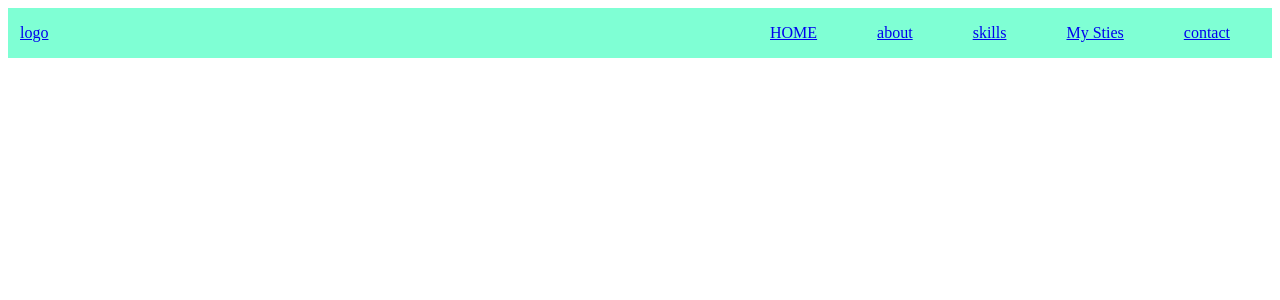
Repository: jun01270/jun
Page: index.html
The author's editor kept a copy of each file at every save. The page is drawn from the files as they stood at one save, then again after the next save.
The browser window is 1280 px wide. The pictures show the whole page.
The pointer rests on the first visible `.menu-bar li`.

Above is the page before, as saved 2023-05-08 16:15:04.

After the next save:
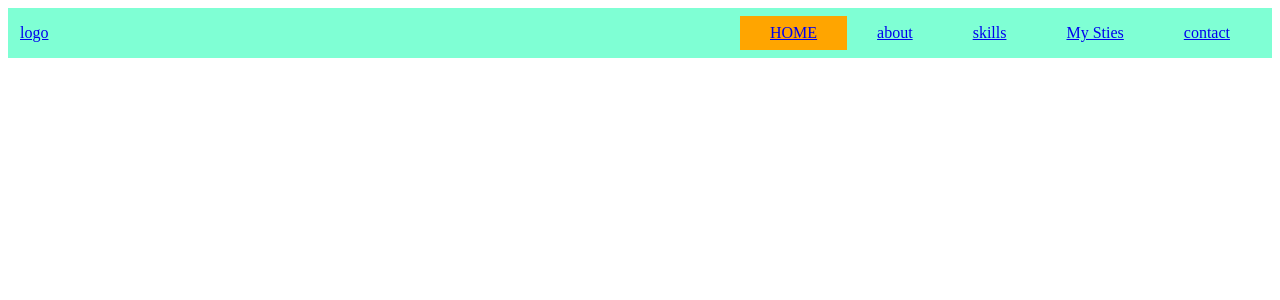
Saved 15 s later.
--- a/main.css
+++ b/main.css
@@ -22,6 +22,6 @@ html{
 }
 
 .menu-bar li:hover{
-    background-color: orange
+    background-color: orange;
     border-radius:burlywood 3px;
 }
